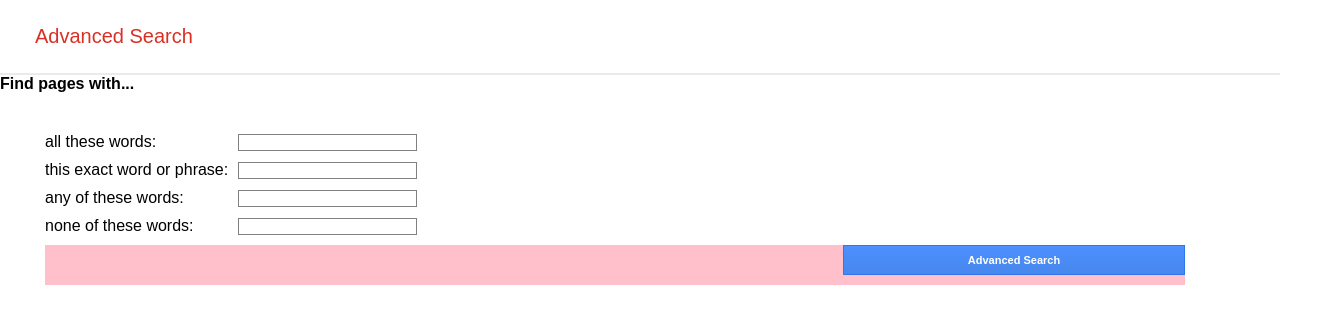
Repository: etentuk/search
Page: advanced_search.html
An editor plug-in stored every save of this project. The page is shown before and after the next save, followed by the edit.
The browser window is 1280 px wide. The page is 1280 px wide, then 1325 px, so the pictures cover 1325 px, including what lies to the right of the window. The pictures show the whole page.

Above is the page before, as saved 2021-11-05 00:21:38.

After the next save:
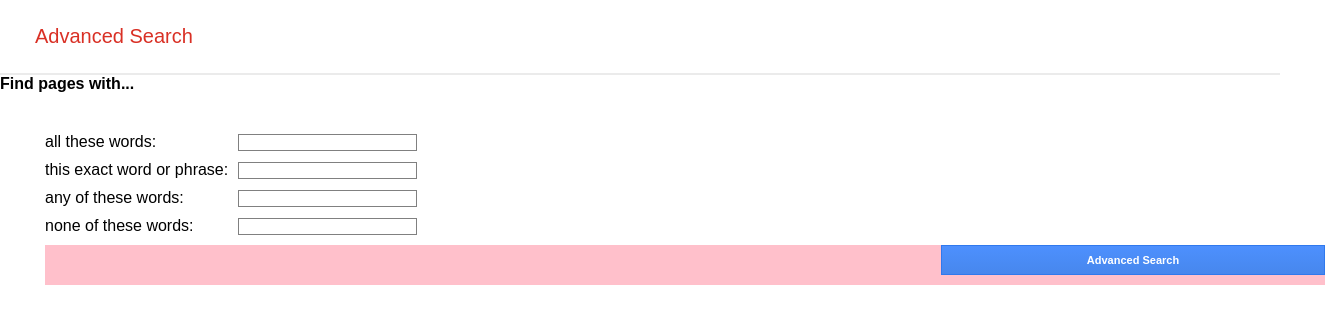
Saved 21 s later.
--- a/styles.css
+++ b/styles.css
@@ -47,7 +47,7 @@ label {
 
 #form {
   max-width: 1140px;
-  min-width: 200px;
+  min-width: 100%;
   width: 96%;
   margin: 40px 2% 0 45px;
 }
